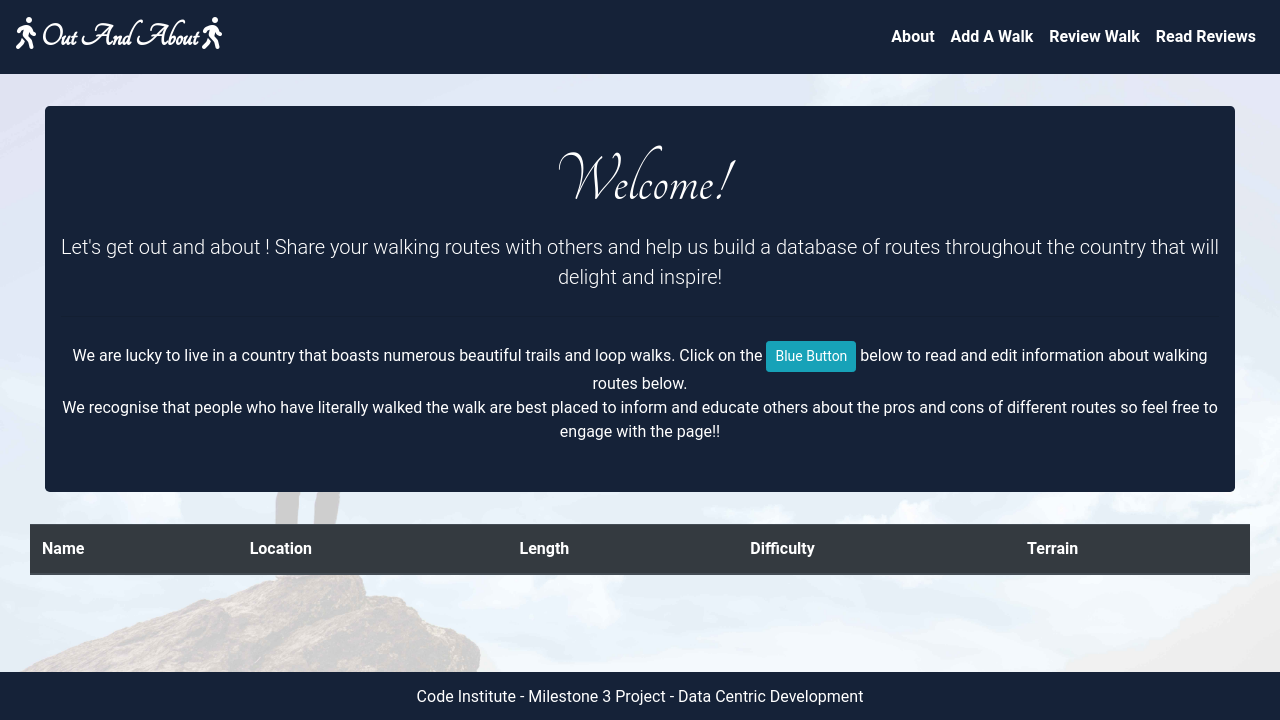
Repository: 5803emma/days-of-walking
Page: http://localhost/
The author's editor kept a record of every edit. The page is drawn from the files as they stood at one moment, then again after the next edit.
The browser window is 1280 px wide. The pictures show the whole page.
Some web libraries are served in a nearby version. The page is served by the project's application, run on Flask 3 (app.py). Queries for data that is not in the repository find no rows.

Above is the page before.

After the next edit:
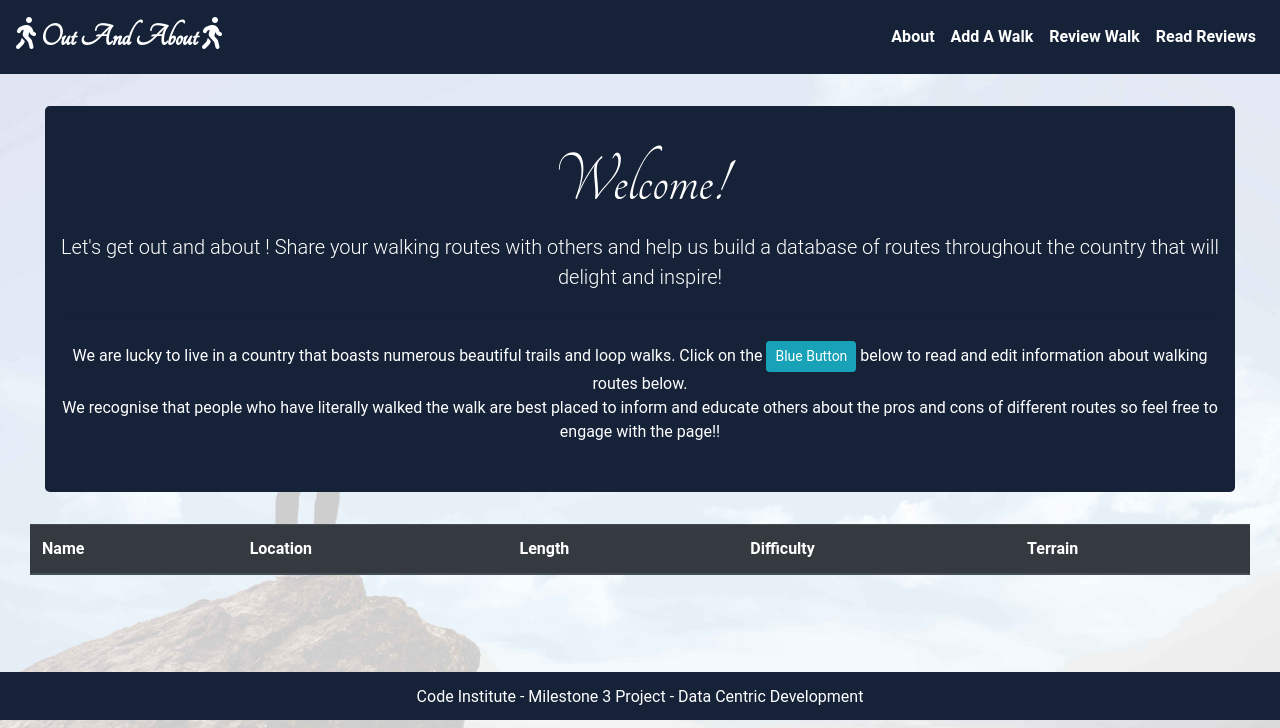
The edit:
--- a/static/css/style.css
+++ b/static/css/style.css
@@ -1,6 +1,7 @@
 @import url('https://fonts.googleapis.com/css?family=Tangerine&display=swap');
 
-body {
+html, body {
+  height: 100%;
   background-image: url(../images/bg-image.jpg);
   background-color: #FAFAFA;
   background-repeat: no-repeat;

After the 2 edits that followed:
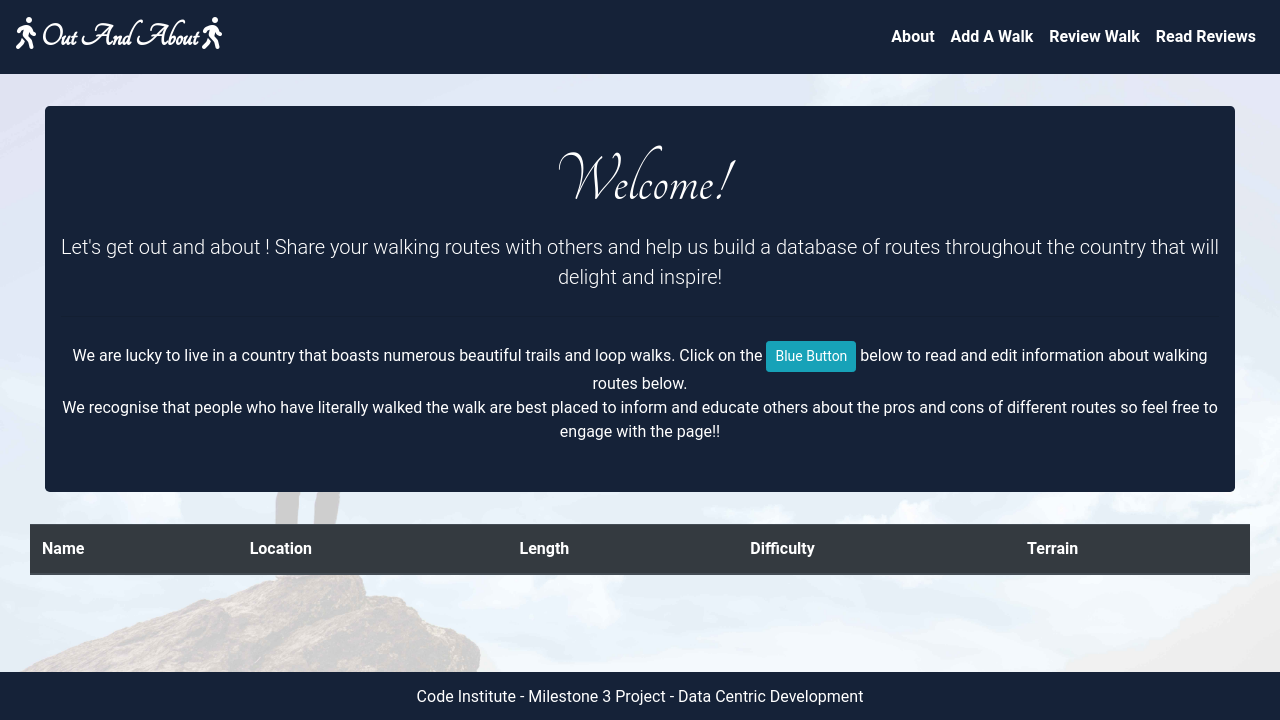
The 2 edits are shown as one change because 1 left the picture as it was.
The edit:
--- a/static/css/style.css
+++ b/static/css/style.css
@@ -6,10 +6,18 @@
   background-color: #FAFAFA;
   background-repeat: no-repeat;
   background-size: cover;
+  height: 100%;
+  overflow: hidden;
+  position: fixed;
+  width: 100%;
   font-family: 'Roboto', sans-serif;
   min-height: 500px;
-  margin-bottom: 0.5rem;
   clear: both;
+}
+
+.container {
+  display: flex;
+  height: 100%;
 }
 
 .navbar-dark {
